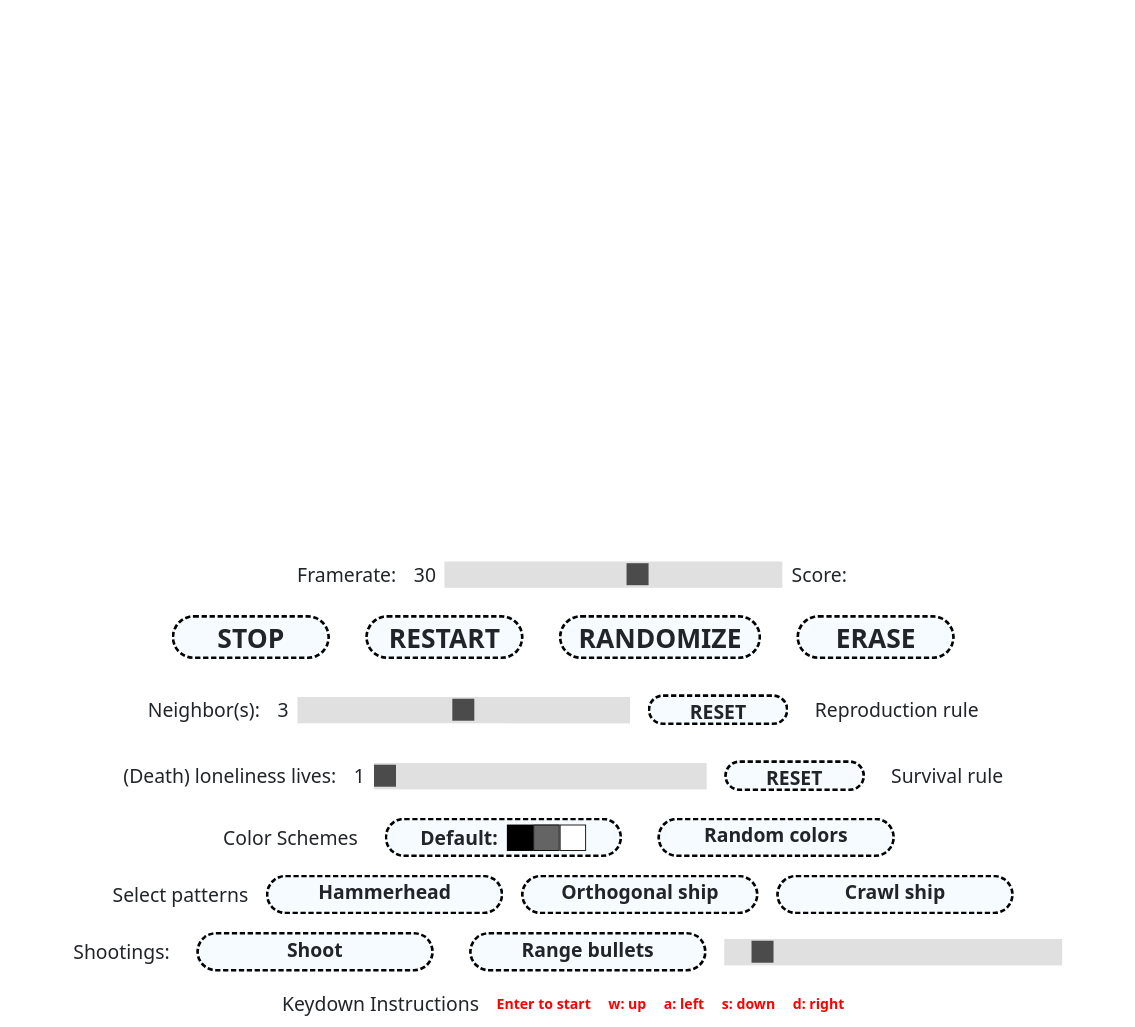
Repository: luckychxn123/game-of-life-22
Page: wef008.html
These files come from the project's save history. The page is drawn as it stood at one moment and after the next save; the edit follows.
The browser window is 1280 px wide. The page is 1290 px wide, so the pictures cover 1290 px, including what lies to the right of the window. The pictures show the whole page, at 88% of full size.
Some web libraries are served in a nearby version.

Above is the page before, as saved 2022-08-20 22:32:25.
Console error: ReferenceError: survivalslider is not defined

After the next save:
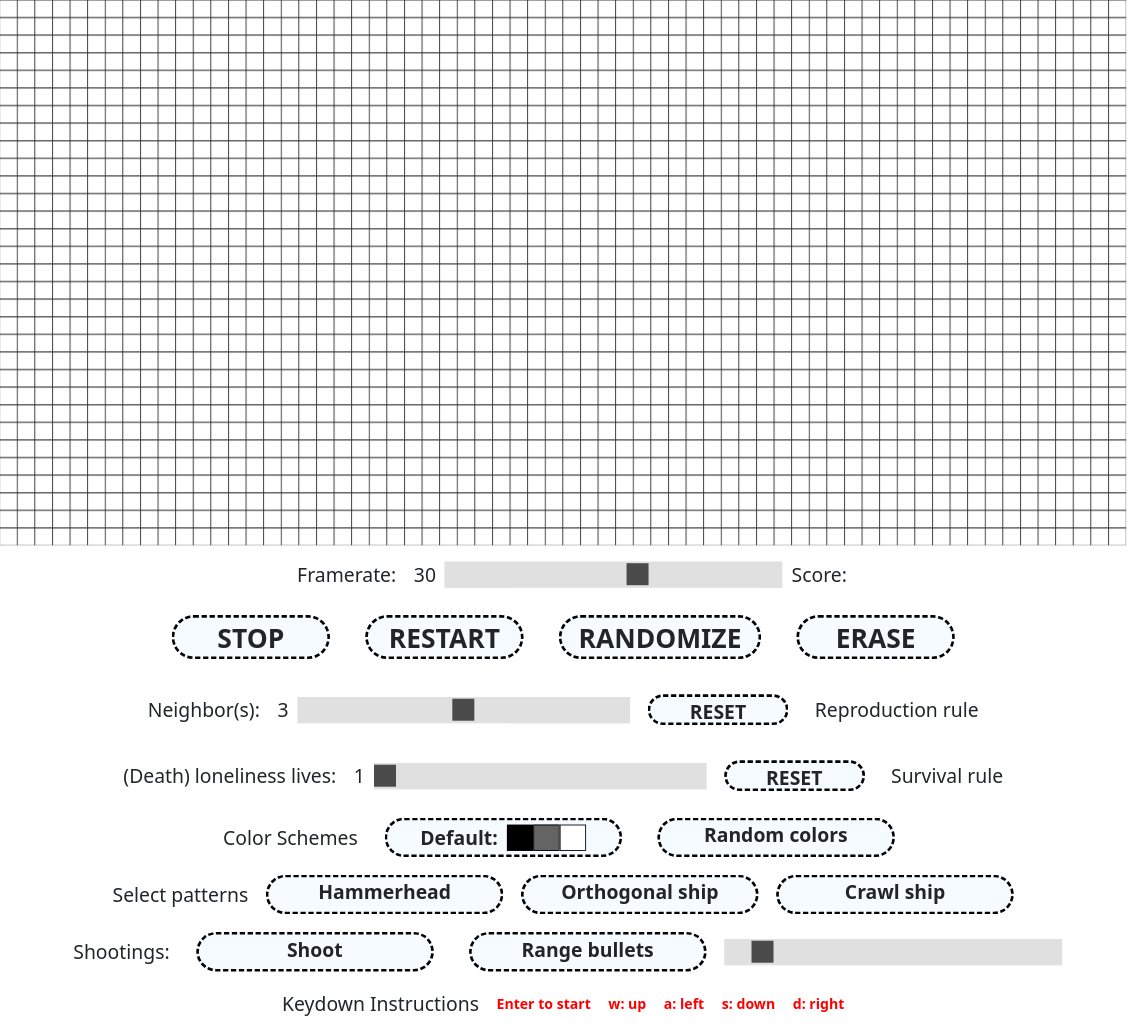
The error is gone.
Saved 1 s later.
--- a/wef008js.js
+++ b/wef008js.js
@@ -110,7 +110,7 @@ function n1(value) {
     neighborrule2 = neighborlist[1][0];
   }
 //this is for survivalvalues - slider
-// var survivalslider = document.querySelector(".survivalslider .slider");
+var survivalslider = document.querySelector(".survivalslider .slider");
 var soutput = document.querySelector(".svalue");
 survivalslider.addEventListener("input",(e)=>{
    soutput.innerHTML = e.target.value;
